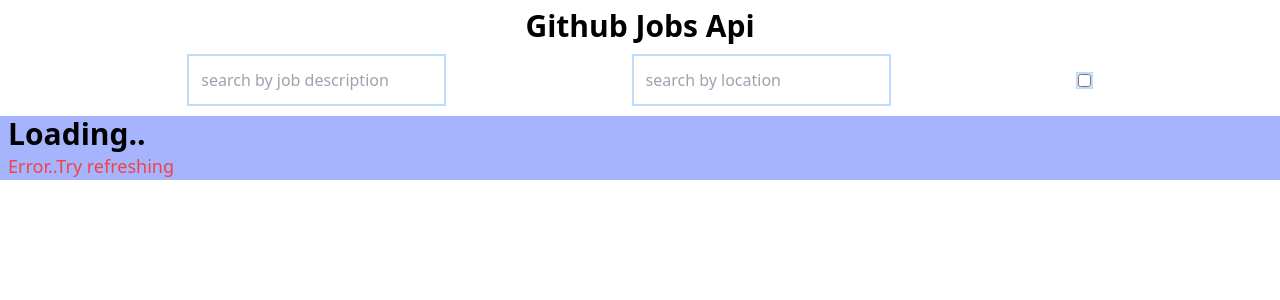
Repository: ShamroOoz/Github-job-api-React-Tailwind
Page: /
An editor plug-in stored every save of this project. The page is shown before and after the next save, followed by the edit.
The browser window is 1280 px wide. The pictures show the whole page.
The page's requests for data from a server got no answer. The project was rebuilt for these pictures with package versions that can differ from the ones it lists, and the page was loaded fresh each time. No one was signed in, and anything a server would have sent is missing. Also part of the build but not shown: craco.config.js.

Above is the page before, as saved 2021-03-21 15:09:56.

### src/App.js
import { useState } from "react";
import { useFetch } from "./components/Hooks/useFetch";
import SearchForm from "./components/SearchForm";

function App() {
  const [params, setparam] = useState({});
  const [page, setpage] = useState(1);
  const { jobs, loading, error } = useFetch(params, page);

  const handleparamchange = (e) => {
    setpage(1);
    let param = e.target.name;
    let value = e.target.value;
    setparam((prevparams) => {
      return { ...prevparams, [param]: value };
    });
  };

  return (
    <>
      <div className="coantainer text-center font-bold pt-2 text-3xl ">
        <h3>Github Jobs Api</h3>
      </div>
      <div>
        <SearchForm handleparamchange={handleparamchange} params={params} />
      </div>
      <div className="px-2 bg-indigo-300">
        {loading && <div className="text-3xl font-bold">Loading..</div>}
        {error && (
          <div className="text-lg text-red-500">Error..Try refreshing</div>
        )}
        <div>
          {jobs &&
            jobs.map((job) => (
              <li className="leading-7 text-xl" key={job.id}>
                {job.title}
              </li>
            ))}
        </div>
      </div>
    </>
  );
}

export default App;

### src/components/Hooks/useFetch.js
import { useReducer, useEffect } from "react";
import axios from "axios";
import { reducer, ACTIONS } from "../Reducer/Reduce";

//
const { MAKE_REQUEST, GET_DATA, ERROR } = ACTIONS;
const BASE_URL =
  "https://secret-ocean-49799.herokuapp.com/https://jobs.github.com/positions.json";

const initialState = {
  jobs: [],
  loading: false,
  error: false,
};

export const useFetch = (params, page) => {
  const [state, dispatch] = useReducer(reducer, initialState);

  //useeffect hook to get data

  useEffect(() => {
    const cancelToken = axios.CancelToken.source();
    dispatch({ type: MAKE_REQUEST, payload: "" });
    axios
      .get(BASE_URL, {
        cancelToken: cancelToken.token,
        params: {
          markdown: true,
          page: page,
          ...params,
        },
      })
      .then((res) => {
        dispatch({ type: GET_DATA, payload: res.data });
        console.log(res.data);
      })
      .catch((err) => {
        if (axios.isCancel(err)) return;
        dispatch({ type: ERROR, payload: err });
      });
    //clean up
    return () => {
      cancelToken.cancel();
    };
  }, [page, params]);

  return state;
};

### src/components/SearchForm.js
import React from "react";

const SearchForm = ({ handleparamchange, params }) => {
  return (
    <form className="py-3 flex justify-evenly items-center">
      <input
        className="p-3 ring-2 ring-blue-200"
        type="text"
        placeholder={`search by job description `}
        name="description"
        value={params.description || ""}
        onChange={handleparamchange}
      />
      <input
        className="p-3 ring-2 ring-blue-200"
        type="text"
        placeholder={`search by location`}
        name="location"
        value={params.location || ""}
        onChange={handleparamchange}
      />
      <input
        type="checkbox"
        className="p-7 ring-2 ring-blue-200"
        value={params.full_time || ""}
        onChange={handleparamchange}
      />
    </form>
  );
};

export default SearchForm;

### src/components/Reducer/Reduce.js
export const ACTIONS = {
  MAKE_REQUEST: "MAKE_REQUEST",
  GET_DATA: "GET_DATA",
  ERROR: "ERROR",
};

export const reducer = (state, action) => {
  switch (action.type) {
    case ACTIONS.MAKE_REQUEST:
      return { ...state, loading: true };
    case ACTIONS.GET_DATA:
      return {
        ...state,
        loading: false,
        jobs: action.payload,
      };
    case ACTIONS.ERROR:
      return { ...state, error: true };
    default:
      return state;
  }
};

Loaded but not shown: public/index.html (common file); src/index.js (common file); src/index.css (common file); tailwind.config.js (common file)

After the next save:
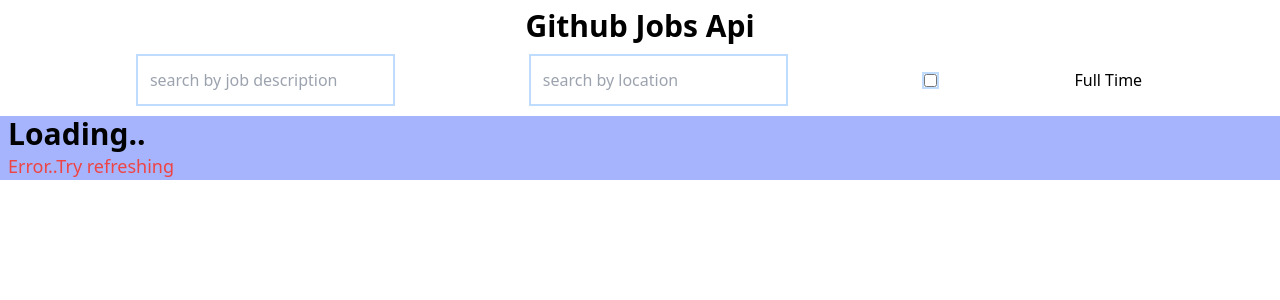
Saved 6 min 20 s later.
--- a/src/components/SearchForm.js
+++ b/src/components/SearchForm.js
@@ -25,6 +25,7 @@
         value={params.full_time || ""}
         onChange={handleparamchange}
       />
+      Full Time
     </form>
   );
 };
